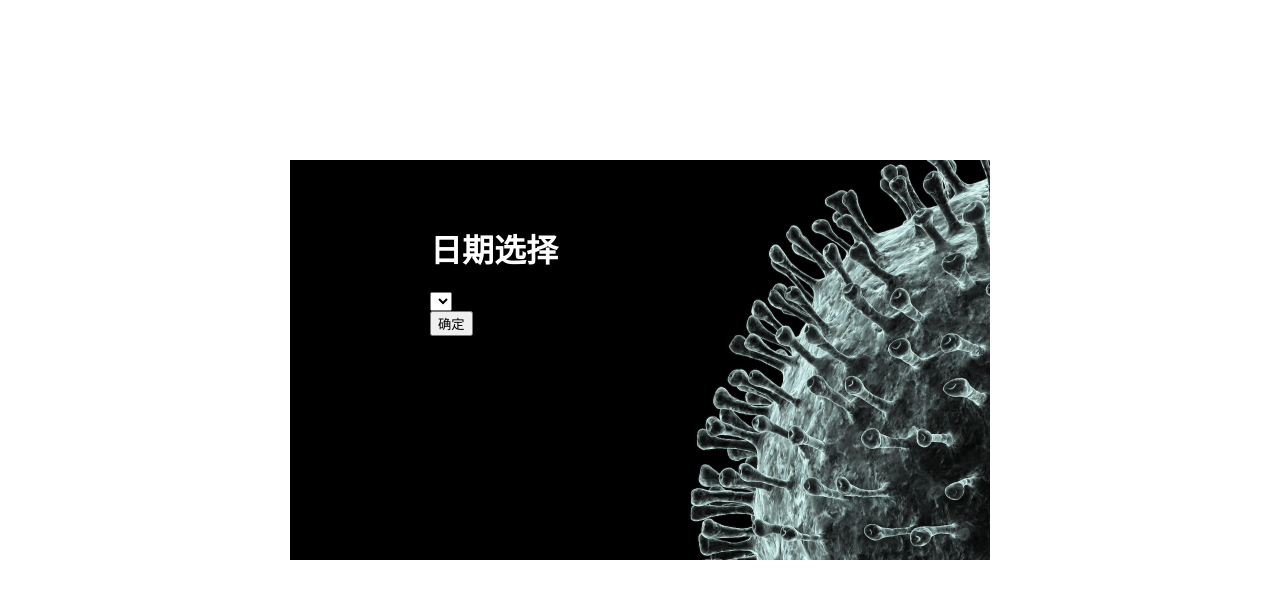
Repository: yz990219/InfectStatisticWeb
Page: http://localhost/MyInfectStatisticWeb/dateChooseProvince.jsp
An editor plug-in stored every save of this project. The page is shown before and after the next save, followed by the edit.
The browser window is 1280 px wide. The pictures show the whole page.
The page is served by Tomcat 9. Other server files are loaded and not shown.

Above is the page before, as saved 2020-03-13 16:41:30.

### MyInfectStatisticWeb/WebContent/dateChooseProvince.jsp
<%@ page language="java" contentType="text/html; charset=utf-8"
	pageEncoding="utf-8"%>
<%@ page import="hw2.*"%>
<%@ page import="java.util.*"%>
<%@ page import="java.io.File"%>
<!DOCTYPE html>
<html>
<head>
<meta charset="UTF-8">
<meta http-equiv="X-UA-Compatible" content="IE=EDGE">
<title>省份日期详情选择</title>
<link href="css/datechoose.css" rel="stylesheet">
<script type="text/javascript" src="js/jquery.min.js"></script>
<script type="text/javascript" src="js/echarts.min.js"></script>
<script type="text/javascript" src="js/map/china.js"></script>
</head>
<body>


	<div class="datechoose">
		<form class="form" action="province.jsp" id="province">


			<%
				ArrayList<String> fileNameList = new ArrayList<String>();
				String[] temp;
				String path = "D:\\InfectStatisticWeb\\MyInfectStatisticWeb\\WebContent\\log\\";
				File name = new File(path);
				temp = name.list();
				if (name.isDirectory()) {
					for (int i = 0; i < temp.length; i++) {
						fileNameList.add(temp[i]);
					}
				}
			%>
			<div>
				<h1 style="color: #ffffff;">日期选择</h1>
			</div>
			<div>
				<select name="date">
					<%
						for (int i = 0; i < fileNameList.size(); i++) {
					%>
					<option
						value="<%=fileNameList.get(i).substring(0, fileNameList.get(i).length() - 8)%>">
						<%=fileNameList.get(i).substring(0, fileNameList.get(i).length() - 8)%>
					</option>
					<%
						}
					%>
				</select>
			</div>
			<input id="province_value" name="province_value" type="text"
				value="<%=request.getParameter("province_value")%>" style="display: none;">
			<button type="submit">确定</button>
		</form>


	</div>



</body>
</html>

### MyInfectStatisticWeb/WebContent/css/datechoose.css
@charset "UTF-8";
.datechoose {
	background-image: url(backgroundimg.png);
   	width: 700px;
    height: 400px;
    position: fixed;
    left: 50%;
    top: 50%;
    z-index: 11;
    /*设定这个div的margin-top的负值为自身的高度的一半,margin-left的值也是自身的宽度的一半的负值.*/
    /*宽为400,那么margin-top为-200px*/
    /*高为200那么margin-left为-100px;*/
    margin: -200px 0 0 -350px;
}
.form{
	margin: 65px 0 0 140px;
}

Loaded but not shown: MyInfectStatisticWeb/WebContent/js/jquery.min.js (library); MyInfectStatisticWeb/WebContent/js/echarts.min.js (library); MyInfectStatisticWeb/WebContent/js/map/china.js (library)

After the next save:
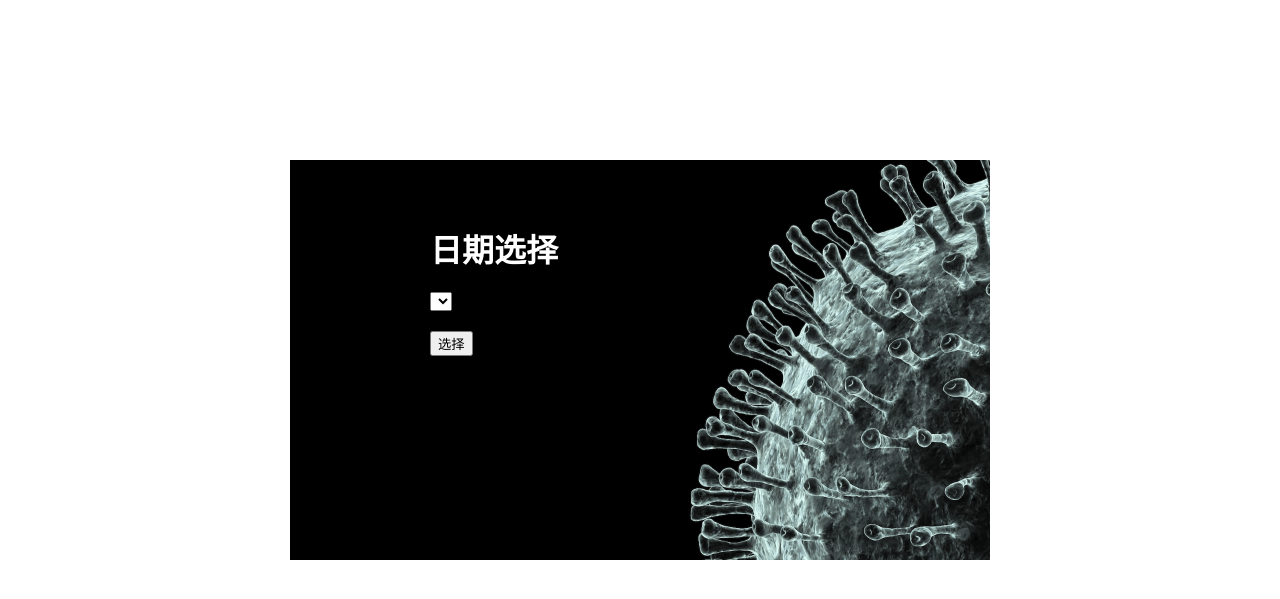
Saved 61 s later.
--- a/MyInfectStatisticWeb/WebContent/dateChooseProvince.jsp
+++ b/MyInfectStatisticWeb/WebContent/dateChooseProvince.jsp
@@ -52,7 +52,9 @@
 			</div>
 			<input id="province_value" name="province_value" type="text"
 				value="<%=request.getParameter("province_value")%>" style="display: none;">
-			<button type="submit">确定</button>
+			<div style="margin-top: 20px">
+				<button type="submit">选择</button>
+			</div>
 		</form>
 
 
